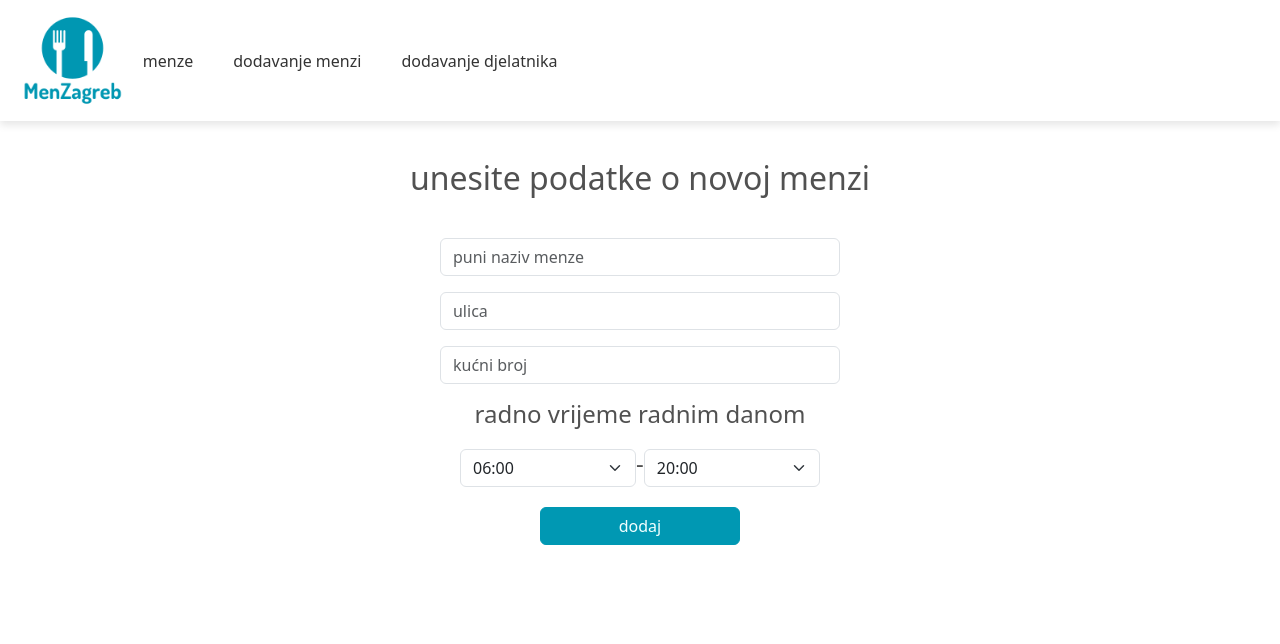
Repository: MENZG/menZg
Page: /admin/dodajMenzu (app in IzvorniKod/)
These files come from the project's save history. The page is drawn as it stood at one moment and after the next save; the edit follows.
The browser window is 1280 px wide. The pictures show the whole page.
The project was rebuilt for these pictures with package versions that can differ from the ones it lists, and the page was loaded fresh each time. Also part of the build but not shown: IzvorniKod/vite.config.ts, IzvorniKod/src/Components/LoginForm.tsx, IzvorniKod/src/Components/AdminLogin.tsx, IzvorniKod/src/Components/EmployeeLogin.tsx, IzvorniKod/src/Components/NavBar.tsx, IzvorniKod/src/Components/ListaMenza.tsx, IzvorniKod/src/Components/Profil.tsx, IzvorniKod/src/Components/AddEmployee.tsx and 5 more.

Above is the page before, as saved 2024-11-07 13:32:29.

After the next save:
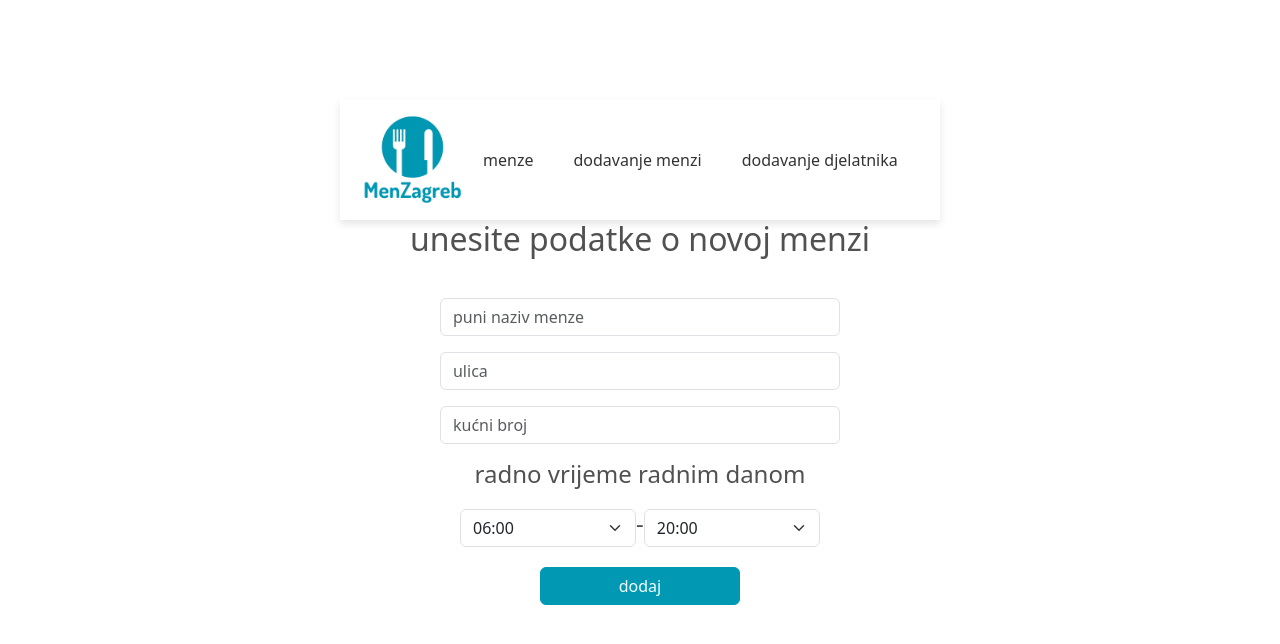
Saved 2 min 22 s later.
--- a/IzvorniKod/src/styles/NavBar.css
+++ b/IzvorniKod/src/styles/NavBar.css
@@ -31,7 +31,7 @@
     background-color: white !important; /* Prisiljava belu pozadinu */
 }
 .navbar {
-    position: fixed;
+    position: sticky;
     top: 0;
     left: 0;
     width: 100%;

After the save that followed:
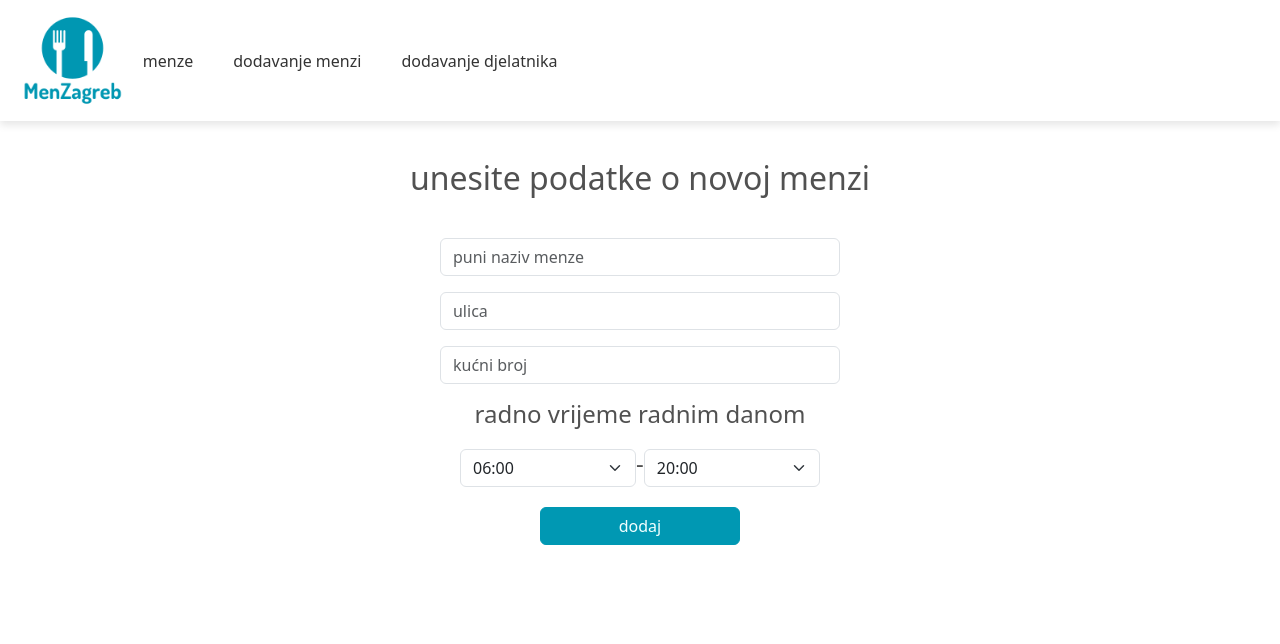
Saved 29 s later.
--- a/IzvorniKod/src/styles/NavBar.css
+++ b/IzvorniKod/src/styles/NavBar.css
@@ -31,7 +31,7 @@
     background-color: white !important; /* Prisiljava belu pozadinu */
 }
 .navbar {
-    position: sticky;
+    position: fixed;
     top: 0;
     left: 0;
     width: 100%;
